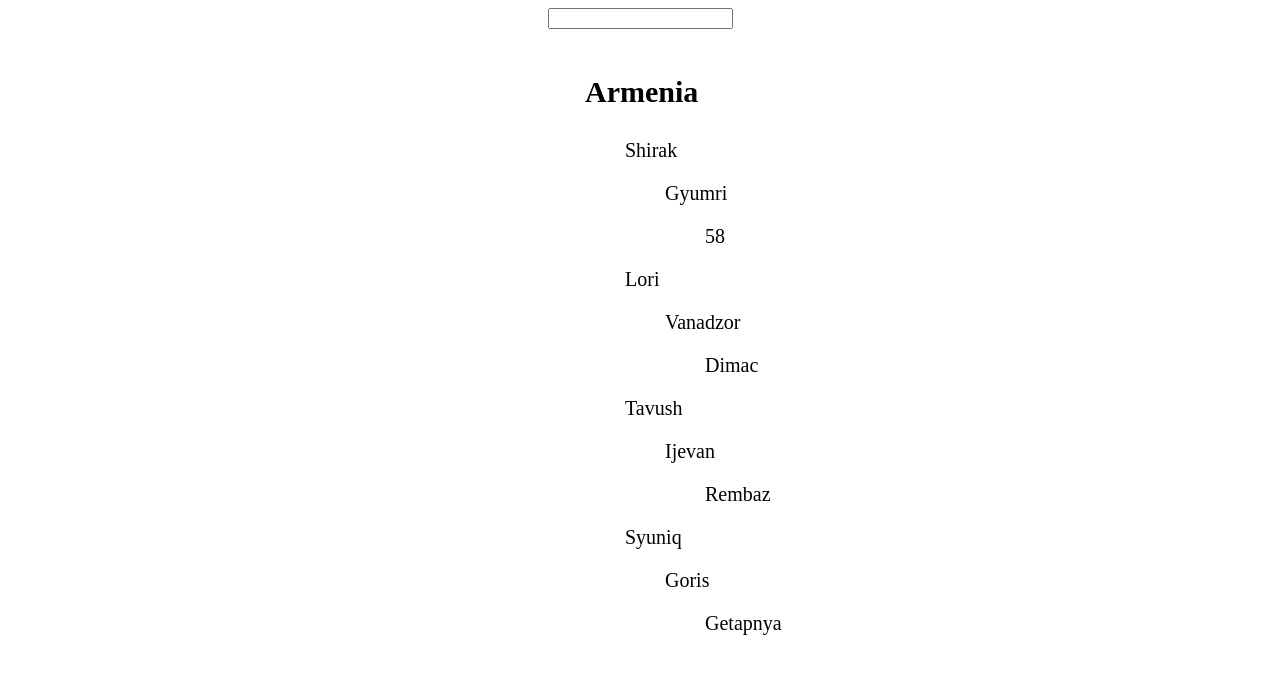
Repository: Seryozha02/DOM
Page: index.html
An editor plug-in stored every save of this project. The page is shown before and after a run of saves, followed by the edit.
The browser window is 1280 px wide. The pictures show the whole page.

Above is the page before, as saved 2022-09-19 20:37:47.

### index.html
<!DOCTYPE html>
<html lang="en">
<head>
    <meta charset="UTF-8">
    <meta http-equiv="X-UA-Compatible" content="IE=edge">
    <meta name="viewport" content="width=device-width, initial-scale=1.0">
    <title>Document</title>
</head>
<body>
    <style>
        #li0 > p{
            font-size: 30px;
            font-weight: bolder;
        }
        #root {
            display: flex;
            justify-content: center;
            flex-direction: column;
            align-items: center;
        }
        ul {
            list-style: none;
            width: 150px;
        }
        ul li {
            margin: 15px 0;
            font-size: 20px;
            cursor: pointer;

        }
        .myClass{
            display: none;
        }
    </style>
    <div id="root">
        <form>
            <input type="text" onchange="find(value)">
        </form>
    </div>

    <script src="./script.js"></script>
</body>
</html>

### script.js
let arr = [{
  id: 0,
  name: 'Armenia',
  parentId: null
}, {
  id: 1,
  name: 'Shirak',
  parentId: 0
}, {
  id: 2,
  name: 'Lori',
  parentId: 0
}, {
  id: 3,
  name: 'Tavush',
  parentId: 0
}, {
  id: 4,
  name: 'Syuniq',
  parentId: 0
}, {
  id: 5,
  name: 'Gyumri',
  parentId: 1
}, {
  id: 6,
  name: 'Vanadzor',
  parentId: 2
}, {
  id: 7,
  name: 'Ijevan',
  parentId: 3
}, {
  id: 8,
  name: 'Goris',
  parentId: 4
}, {
  id: 9,
  name: '58',
  parentId: 5
}, {
  id: 10,
  name: 'Dimac',
  parentId: 6
}, {
  id: 11,
  name: 'Rembaz',
  parentId: 7
}, {
  id: 12,
  name: 'Getapnya',
  parentId: 8
}]


const func = (elems, id = null) => {
return  elems.filter(elem => elem.parentId === id)
.map(elem => ({...elem, children : func(elems,elem.id)}))
}
let arr2 = func(arr)

let root = document.getElementById("root")

function makeTable(array){
root.innerHTML += `
  <ul id = "genUl">
    <li id = "li${array[0].id}"'><p id = 'p${array[0].id}'>${array[0].name}</p></li>
  </ul>
`
makeUl(array[0].children)

}

function makeUl(arr){
if(arr.length == 0){
  return
}else{
  for(let i = 0; i < 1; i++){
    arr.forEach(obj => {
      document.getElementById(`li${obj.parentId}`).innerHTML += `
      <ul>
        <li id = "li${obj.id}"><p id = 'p${obj.id}'>${obj.name}</p></li>
      </ul>
      `
      makeUl(obj.children)
    })
  }
}
}
makeTable(arr2)

let list = document.querySelectorAll("p")
function find(value){
list.forEach(p => {
 p.style.display = "block"
})
list.forEach(p => {
  let text = p.innerText.toLowerCase()
  if(value.length !== 0){
    if(text.slice(0, value.length) !== value.toLowerCase()){
      p.style.display = 'none'
    }
  }
})
}

list.forEach(p => {
p.addEventListener('click', function opClose(ev){
  for(let i = 1; i < p.parentElement.children.length; i++)
    p.parentElement.children[i].classList.toggle('myClass')
})
})

After the next 3 saves:
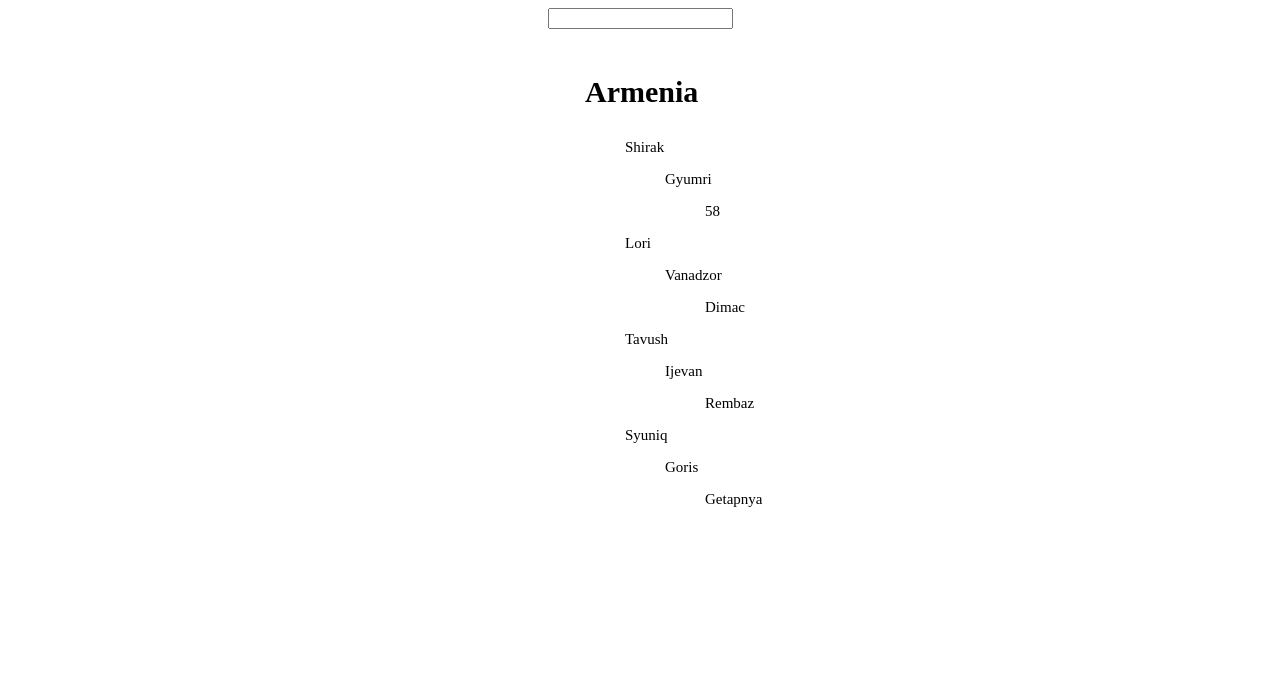
The 3 saves are shown as one change because they came seconds apart.
The last was saved 14 s later.
--- a/index.html
+++ b/index.html
@@ -24,7 +24,7 @@
         }
         ul li {
             margin: 15px 0;
-            font-size: 20px;
+            font-size: 15px;
             cursor: pointer;
 
         }

After the 5 saves that followed:
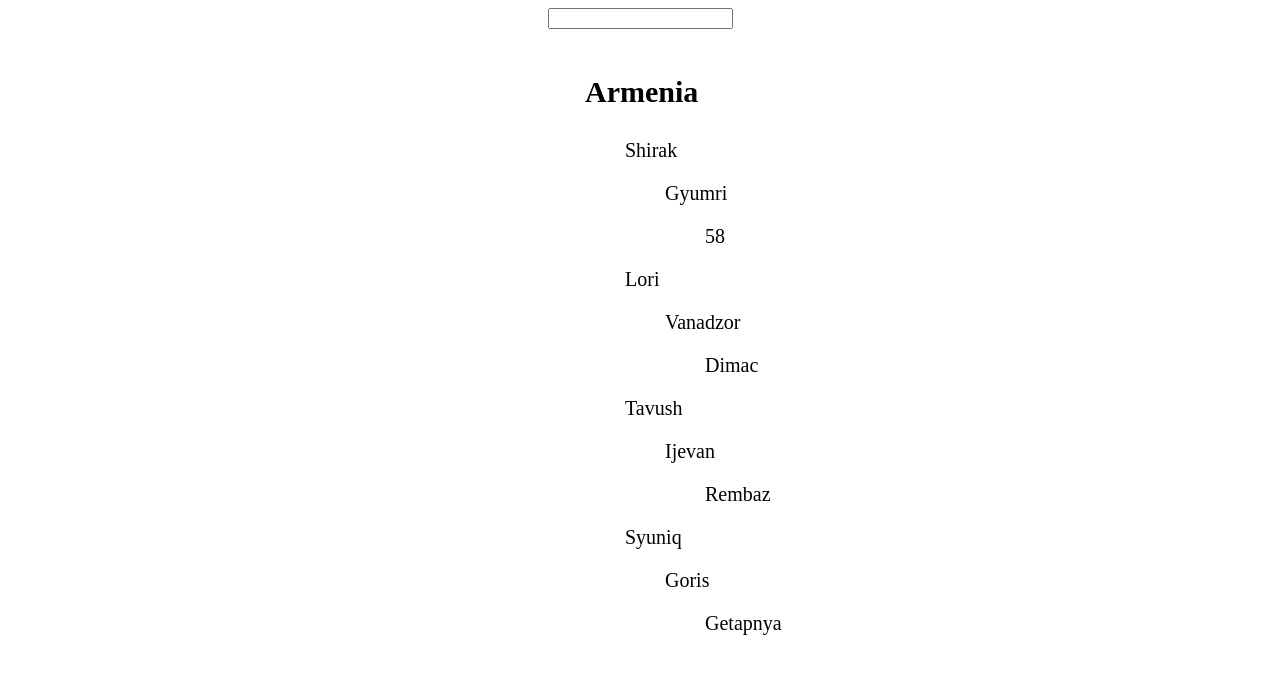
The 5 saves are shown as one change because they came seconds apart.
The last was saved 16 s later.
--- a/index.html
+++ b/index.html
@@ -23,8 +23,8 @@
             width: 150px;
         }
         ul li {
-            margin: 15px 0;
-            font-size: 15px;
+            margin: 10==px 0;
+            font-size: 20px;
             cursor: pointer;
 
         }
